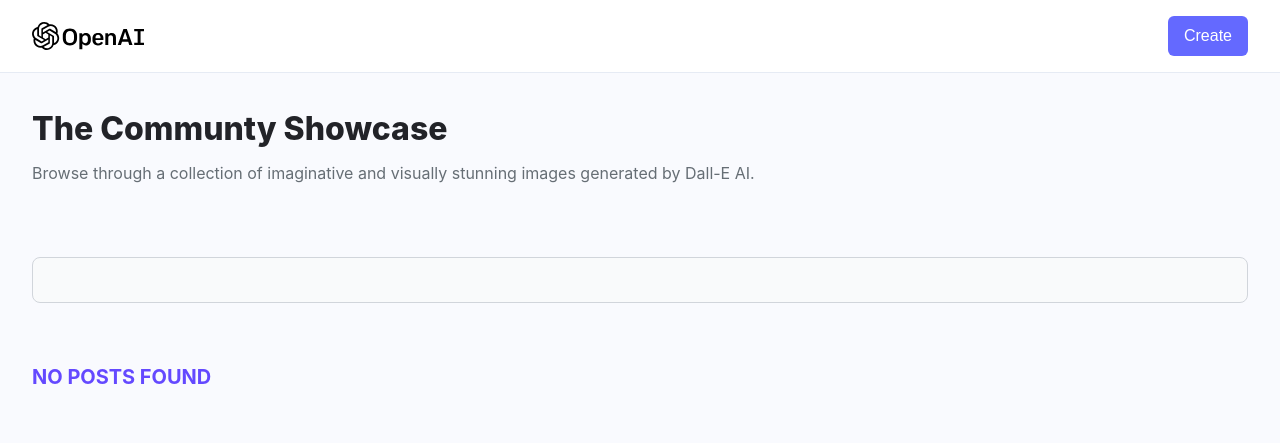
Repository: TheHumanistX/MERN-dall-e
Page: / (app in client/)
An editor plug-in stored every save of this project. The page is shown before and after the next save, followed by the edit.
The browser window is 1280 px wide. The pictures show the whole page.
The page's requests for data from a server got no answer. Some web fonts or font styles are not loaded; a fallback is used. The project was rebuilt for these pictures with package versions that can differ from the ones it lists, and the page was loaded fresh each time. No one was signed in, and anything a server would have sent is missing. Also part of the build but not shown: client/vite.config.js, client/src/App.css, client/src/constants/index.js, client/src/utils/index.jsx, client/src/components/Card.jsx, client/src/pages/CreatePost.jsx.

Above is the page before, as saved 2023-08-11 17:23:03.

### client/index.html
<!doctype html>
<html lang="en">
  <head>
    <meta charset="UTF-8" />
    <meta name="viewport" content="width=device-width, initial-scale=1.0" />
    <link rel="stylesheet" href="https://rsms.me/inter/inter.css">
    <title>Dall-mE</title>
  </head>
  <body>
    <div id="root"></div>
    <script type="module" src="/src/main.jsx"></script>
  </body>
</html>

### client/src/App.jsx
import './App.css'
import { BrowserRouter, Link, Route, Routes } from 'react-router-dom'

import { logo } from './assets'
import { CreatePost, Home } from './pages'

function App() {

  return (
    <>
      <BrowserRouter>
        <header className='w-full flex justify-between items-center bg-white sm:px-8 px-4 py-4 border-b border-b-[#e6ebf4]'>
          <Link to='/'>
            <img
              src={logo}
              alt='logo'
              className='w-28 object-container'
            />
          </Link>

          <Link
            to='/create-post'
            className='font-inter font-medium bg-[#6469ff] text-white px-4 py-2 rounded-md'
          >
            Create
          </Link>
        </header>
        <main className='sm:p-8 px-4 py-8 w-full bg-[#f9fafe] min-h-[calc(100vh-73px)]'>
          <Routes>
            <Route path='/' element={<Home />} />
            <Route path='/create-post' element={<CreatePost />} />
          </Routes>
        </main>
      </BrowserRouter>
    </>
  )
}

export default App

### client/src/pages/index.js
export { default as CreatePost } from './CreatePost';
export { default as Home } from './Home';

### client/src/pages/Home.jsx
import React, { useEffect, useState } from 'react'
import { Card, FormField, Loader } from '../components'

const RenderCards = ({ data, title }) => {
    if (data?.length > 0) {
        return data.map((post) => <Card key={post._id} {...post} />)
    }

    return (
        <h2 className="mt-5 font-bold text-[#6449ff] text-xl uppercase">
            {title}
        </h2>
    )
}

const Home = () => {

    const [loading, setLoading] = useState(false)
    const [allPosts, setAllPosts] = useState(null)
    const [searchText, setSearchText] = useState('')
    const [searchedResults, setSearchedResults] = useState(null)
    const [searchTimeout, setSearchTimeout] = useState(null)

    useEffect(() => {
        const fetchPosts = async () => {
            setLoading(true)
            try {
                const response = await fetch('http://localhost:8080/api/v1/post', {
                    method: 'GET',
                    headers: {
                        'Content-Type': 'application/json'
                    }
                })

                if (response.ok) {
                    const result = await response.json();

                    setAllPosts(result.data.reverse())
                }
            } catch (err) {
                console.error('Error fetching showcase images: ', err)
                alert('Error fetching showcase images. More information in console.')
            } finally {
                setLoading(false)
            }
        }

        fetchPosts();
    }, [])

    const handleSearchChange = (e) => {

        clearTimeout(searchTimeout)
        setSearchText(e.target.value)

        setSearchTimeout(
            setTimeout(() => {
                const searchResults = allPosts.filter((item) => item.name.toLowerCase().includes(searchText.toLowerCase()) || item.prompt.toLowerCase().includes(searchText.toLowerCase))

                setSearchedResults(searchResults)
            }, 500)
        )
    }

    return (
        <section className='max-w-7xl mx-auto'>
            <div>
                <h1 className='font-extrabold text-[#222328] text-[32px]'>
                    The Communty Showcase
                </h1>
                <p className='mt-2 text-[#666e75] text-[16px] max-w[500px]'>
                    Browse through a collection of imaginative and visually stunning images generated by Dall-E AI.
                </p>
            </div>
            <div className="mt-16">
                <FormField />
            </div>
            <div className="mt-10">
                {loading ? (
                    <div className="flex justify-center items-center">
                        <Loader />
                    </div>
                )
                    :
                    (
                        <>
                            {searchText && (
                                <h2 className='font-medium text-[#666e75] text-xl mb-3'>
                                    Showing results for <span className='text-[#222328]'>{searchText}</span>
                                </h2>
                            )}
                            <div className="grid lg:grid-cols-4 sm:grid-cols-3 xs:grid-cols-2 grid-cols-1 gap-3">
                                {searchText ? (
                                    <RenderCards
                                        data={[]}
                                        title='No search results found.'
                                    />
                                )
                                    :
                                    (
                                        <RenderCards
                                            data={allPosts}
                                            title='No posts found'
                                        />
                                    )}
                            </div>
                        </>
                    )
                }
            </div>
        </section>
    )
}

export default Home

### client/src/components/index.js
export { default as Card } from './Card';
export { default as FormField } from './FormField';
export { default as Loader } from './Loader';

### client/src/components/FormField.jsx
import React from 'react'

const FormField = ({ labelName, type, name, placeholder, value, handleChange, isSurpriseMe, handleSurpriseMe }) => {
  return (
    <div>
      <div className="flex items-center gap-2 mb-2">
        <label
          htmlFor={name}
          className='block text-sm font-medium text-gray-900'
        >
          {labelName}
        </label>
        {isSurpriseMe && (
          <button
            type='button'
            onClick={handleSurpriseMe}
            className='font-semibold text-xs bg-[#ECECF1] py-1 px-2 rounded-[5px] text-black'
          >
            Surprise Me
          </button>
        )}
      </div>
      <input
        type={type}
        id={name}
        name={name}
        placeholder={placeholder}
        value={value}
        onChange={handleChange}
        required
        className='bg-gray-50 border border-gray-300 text-gray-900 text-sm rounded-lg focus:ring-[#4649ff] focus:border-[#4649FF] outline-none block w-full p-3'
      />
    </div>
  )
}

export default FormField

### client/src/components/Loader.jsx
import React from 'react';

const Loader = () => (
  <div role="status">
    <svg aria-hidden="true" className="inline w-10 h-10 mr-2 text-gray-200 animate-spin fill-[#6469ff]" viewBox="0 0 100 101" fill="none" xmlns="http://www.w3.org/2000/svg">
      <path d="M100 50.5908C100 78.2051 77.6142 100.591 50 100.591C22.3858 100.591 0 78.2051 0 50.5908C0 22.9766 22.3858 0.59082 50 0.59082C77.6142 0.59082 100 22.9766 100 50.5908ZM9.08144 50.5908C9.08144 73.1895 27.4013 91.5094 50 91.5094C72.5987 91.5094 90.9186 73.1895 90.9186 50.5908C90.9186 27.9921 72.5987 9.67226 50 9.67226C27.4013 9.67226 9.08144 27.9921 9.08144 50.5908Z" fill="currentColor" />
      <path d="M93.9676 39.0409C96.393 38.4038 97.8624 35.9116 97.0079 33.5539C95.2932 28.8227 92.871 24.3692 89.8167 20.348C85.8452 15.1192 80.8826 10.7238 75.2124 7.41289C69.5422 4.10194 63.2754 1.94025 56.7698 1.05124C51.7666 0.367541 46.6976 0.446843 41.7345 1.27873C39.2613 1.69328 37.813 4.19778 38.4501 6.62326C39.0873 9.04874 41.5694 10.4717 44.0505 10.1071C47.8511 9.54855 51.7191 9.52689 55.5402 10.0491C60.8642 10.7766 65.9928 12.5457 70.6331 15.2552C75.2735 17.9648 79.3347 21.5619 82.5849 25.841C84.9175 28.9121 86.7997 32.2913 88.1811 35.8758C89.083 38.2158 91.5421 39.6781 93.9676 39.0409Z" fill="currentFill" />
    </svg>
  </div>
);

export default Loader;

Loaded but not shown: client/src/main.jsx (common file); client/src/index.css (common file); client/src/assets/index.js (common file); client/tailwind.config.js (common file)

After the next save:
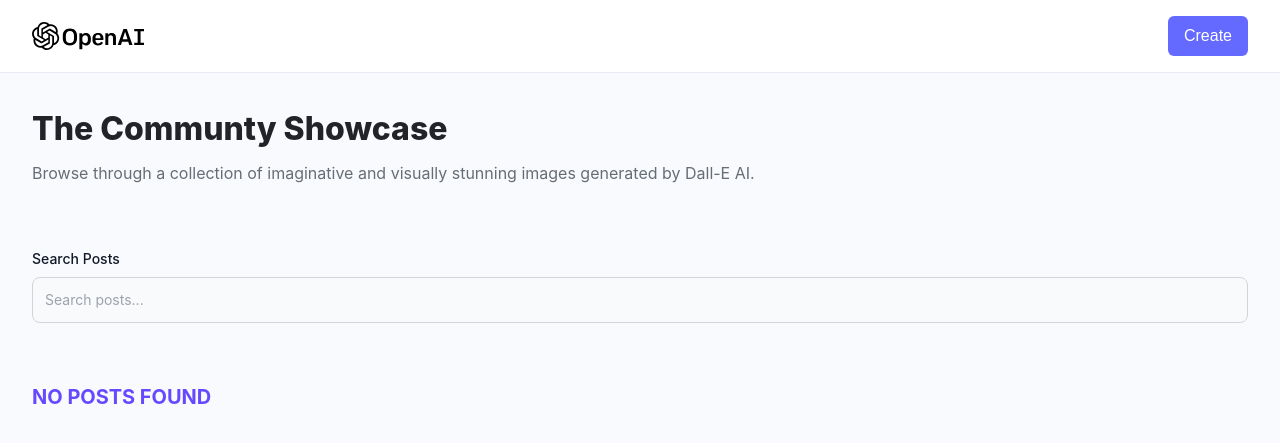
Saved 66 s later.
--- a/client/src/pages/Home.jsx
+++ b/client/src/pages/Home.jsx
@@ -73,7 +73,14 @@
                 </p>
             </div>
             <div className="mt-16">
-                <FormField />
+                <FormField
+                    labelName='Search Posts'
+                    type='text'
+                    name='text'
+                    placeholder='Search posts...'
+                    value={searchText}
+                    handleSearchChange={handleSearchChange}
+                />
             </div>
             <div className="mt-10">
                 {loading ? (
